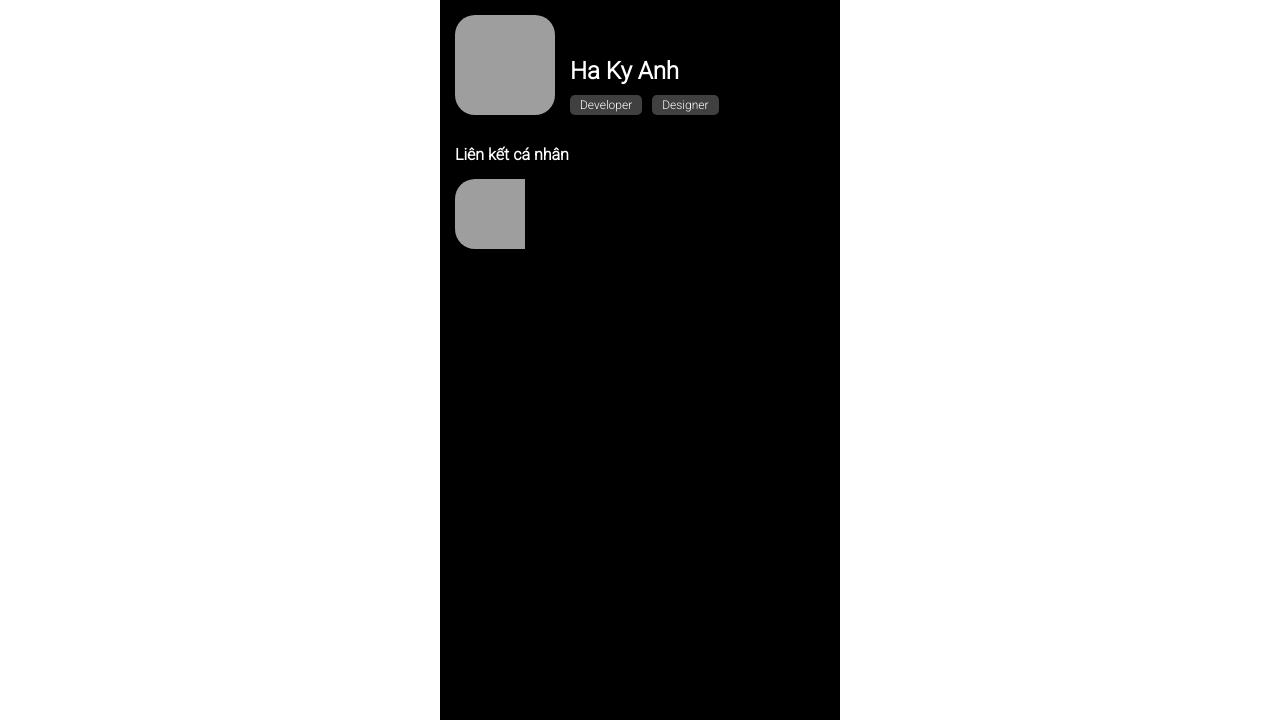
Repository: yzarc204/nguyen-tien-viet-hoang
Page: thong-tin-thanh-toan/index.html
These files come from the project's save history. The page is drawn as it stood at one moment and after the next save; the edit follows.
The browser window is 1280 px wide. The pictures show the whole page.
Pictures or frames that could not be fetched are drawn as grey boxes.

Above is the page before, as saved 2021-09-27 10:48:17.

### thong-tin-thanh-toan/index.html
<!DOCTYPE html>
<html lang="en">
<head>
    <meta charset="UTF-8">
    <meta http-equiv="X-UA-Compatible" content="IE=edge">
    <meta name="viewport" content="width=device-width, initial-scale=1.0">
    <title>Personal Card</title>
    <!-- Google Fonts -->
    <link rel="preconnect" href="https://fonts.googleapis.com">
    <link rel="preconnect" href="https://fonts.gstatic.com" crossorigin>
    <link href="https://fonts.googleapis.com/css2?family=Roboto:wght@300&display=swap" rel="stylesheet">
    <!-- CSS -->
    <link rel="stylesheet" href="./public/css/index.css">
</head>
<body>
    <div class="container">
        <div class="profile-header">
            <img alt="Avatar"
                src="https://source.unsplash.com/random"
                class="profile-avatar">
            <div class="profile-info">
                <h4 class="profile-name">Ha Ky Anh</h4>
                <div class="skills">
                    <div class="skill-tag">Developer</div>
                    <div class="skill-tag">Designer</div>
                </div>
            </div>
        </div>
        <h4 class="title">Liên kết cá nhân</h4>
        <div class="banks">
            <div class="bank">
                <img src="https://source.unsplash.com/random" class="bank-logo">
                <div class="bank-info">
                    <p class="bank-name">BIDV</p>
                    <p class="bank-number">STK: 666666</p>
                    <p class="bank-name">CTK: Hà Kỳ Anh</p>
                </div>
                <span class="btn-copy">Copy</span>
            </div>
        </div>
    </div>
</body>
</html>

### thong-tin-thanh-toan/public/css/index.css
* {
    padding: 0;
    margin: 0;
    -webkit-box-sizing: border-box;
    font-family: 'Roboto', sans-serif;
}

body {
    width: 100%;
    overflow: hidden;
}

/* ===== CONTAINER ===== */
.container{
    width: 400px;
    height: 100vh;
    margin: 0 auto;
    padding: 15px 15px;
    overflow: hidden scroll;
    background: #000;
    color: #fff;
}
/* ===== PROFILE HEADER ===== */
.profile-header{
    width: 100%;
    display: flex;
    flex-wrap: wrap;
    margin-bottom: 30px;
}
.profile-avatar{
    width: 100px;
    height: 100px;
    object-fit: cover;
    object-position: center;
    border-radius: 20px;
}
.profile-info{
    margin-top: auto;
    padding: 0px 15px;
}
.profile-name{
    margin-bottom: 10px;
    font-size: 24px;
}
.skills{
    display: flex;
    flex-wrap: nowrap;
}
.skill-tag{
    padding: 3px 10px;
    margin-right: 10px;
    color: #fff;
    font-size: 12px;
    position: relative;
    display: none;
}
.skill-tag:before {
    content: "";
    position: absolute;
    top: 0;
    right: 0;
    bottom: 0;
    left: 0;
    background-color: currentColor;
    opacity: 0.25;
    border-radius: 5px;
}
.skill-tag:first-child {
    display: block;
}
.skill-tag:nth-child(2) {
    display: block;
}
/* ===== TITLE ===== */
.title{
    margin-bottom: 15px;
}
/* ===== BANKS ===== */
.banks {
    width: 100%;
    overflow: hidden;
    border-radius: var(--border-rounded);
    --size: 70px;
    --border-rounded: 20px;
}
.bank {
    width: 100%;
    height: 70px;
}
.bank-logo {
    width: var(--size);
    height: var(--size);
}
.bank-name{

}
.bank-number{

}
.btn-copy{

}

After the next save:
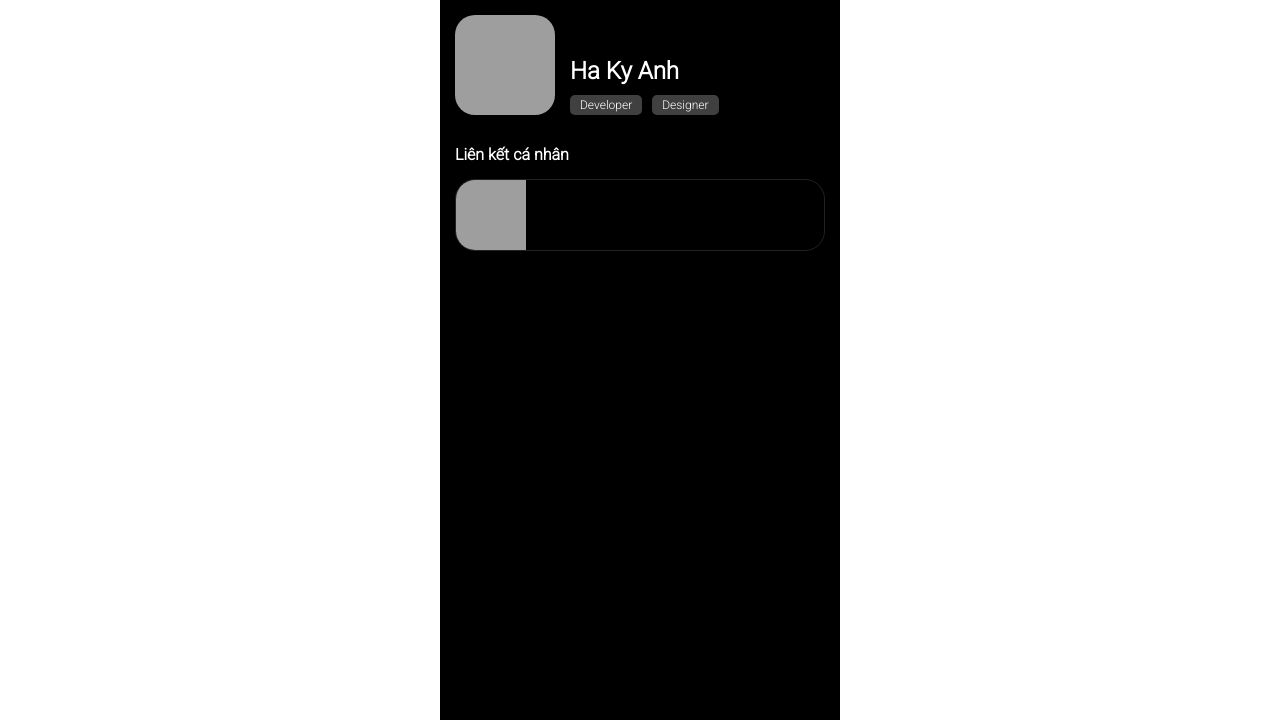
Saved 7 s later.
--- a/thong-tin-thanh-toan/public/css/index.css
+++ b/thong-tin-thanh-toan/public/css/index.css
@@ -79,6 +79,7 @@ body {
 .banks {
     width: 100%;
     overflow: hidden;
+    border: 1px solid #222;
     border-radius: var(--border-rounded);
     --size: 70px;
     --border-rounded: 20px;
